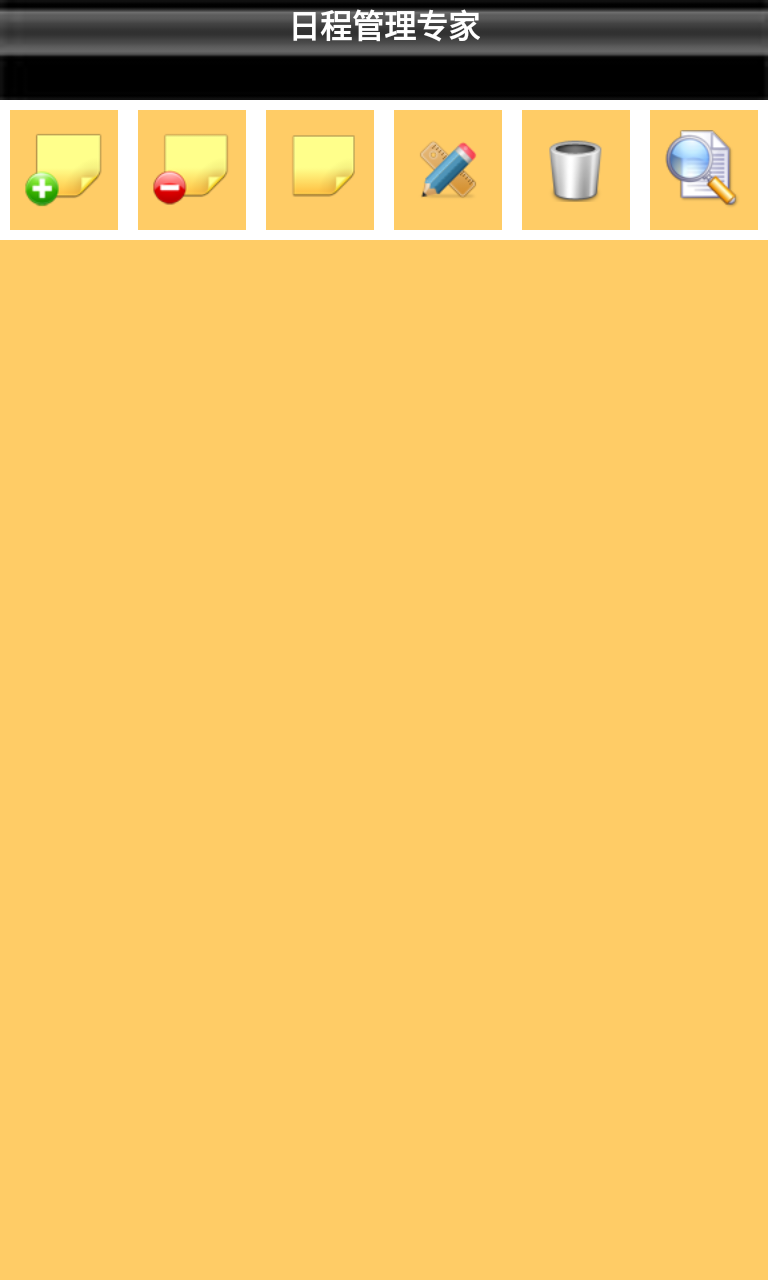
Repository: gogolaile/CoolWeather
Layout: DayDel/res/layout/activity_main.xml
These files come from the project's save history. The layout is drawn as it stood at one moment and after the next save; the edit follows.
It is drawn on a 768 x 1280 px phone screen (xhdpi) without system bars, with theme android:Theme.NoTitleBar.Fullscreen; the app's code is not run. Lists and similar views that code fills are empty.

Above is the layout before, as saved 2015-12-04 09:43:36.

After the next save:
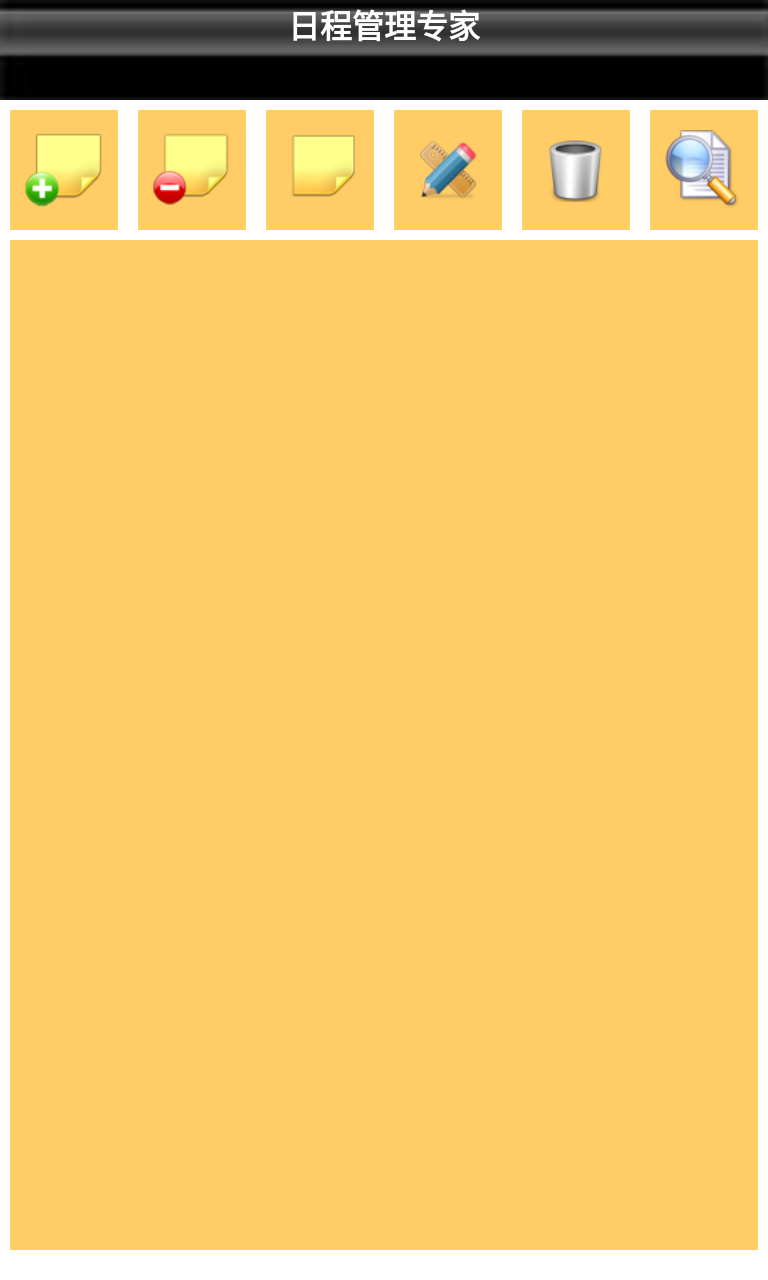
Saved 84 s later.
--- a/DayDel/res/layout/activity_main.xml
+++ b/DayDel/res/layout/activity_main.xml
@@ -80,6 +80,9 @@
      <ListView
              android:layout_width="match_parent"
              android:layout_height="match_parent"
-             android:background="#FFCC66">
+             android:background="#FFCC66"
+             android:layout_marginLeft="5dp"
+             android:layout_marginRight="5dp"
+             android:layout_marginBottom="15dp">
      </ListView>
 </LinearLayout>
